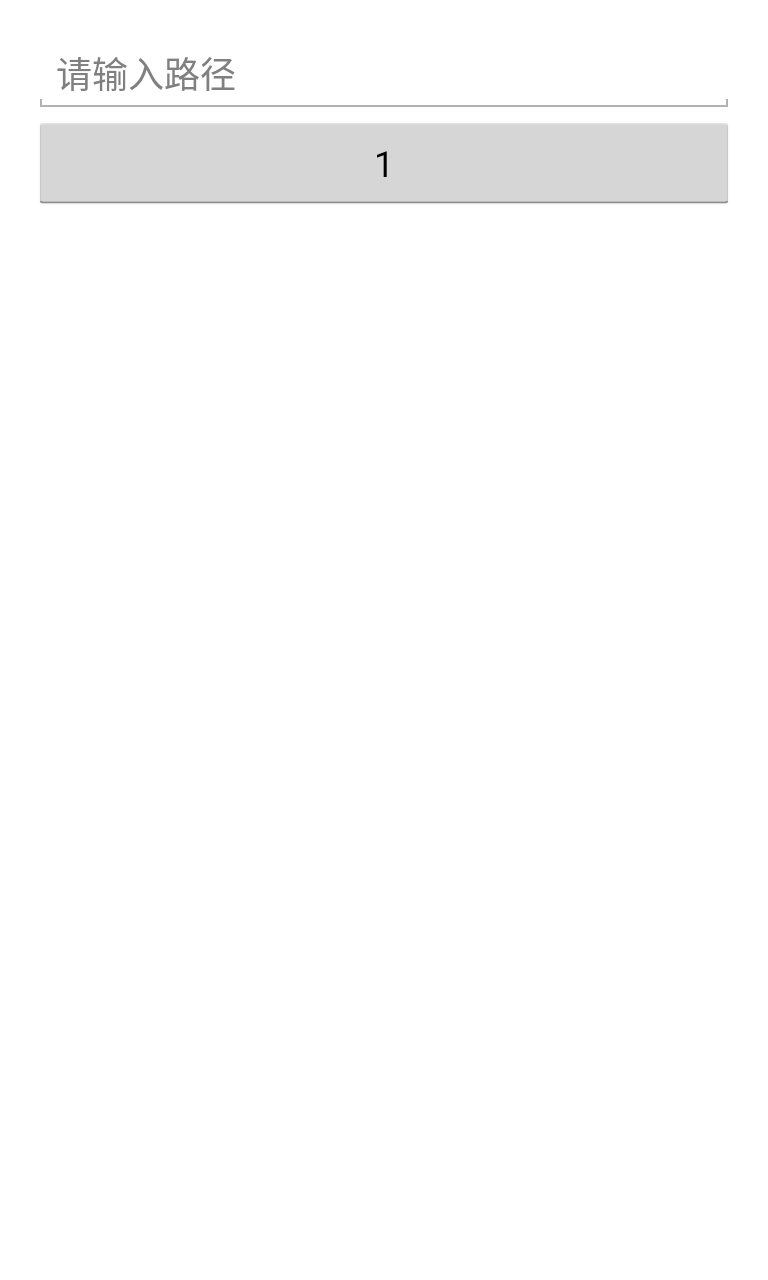
Repository: DongHuaLu/android
Layout: 17HtmlViewer/res/layout/activity_main.xml
An editor plug-in stored every save of this project. The layout is shown before and after the next save, followed by the edit.
It is drawn on a 768 x 1280 px phone screen (xhdpi) without system bars, with theme AppTheme; the app's code is not run.

Above is the layout before, as saved 2013-08-26 02:39:36.

After the next save:
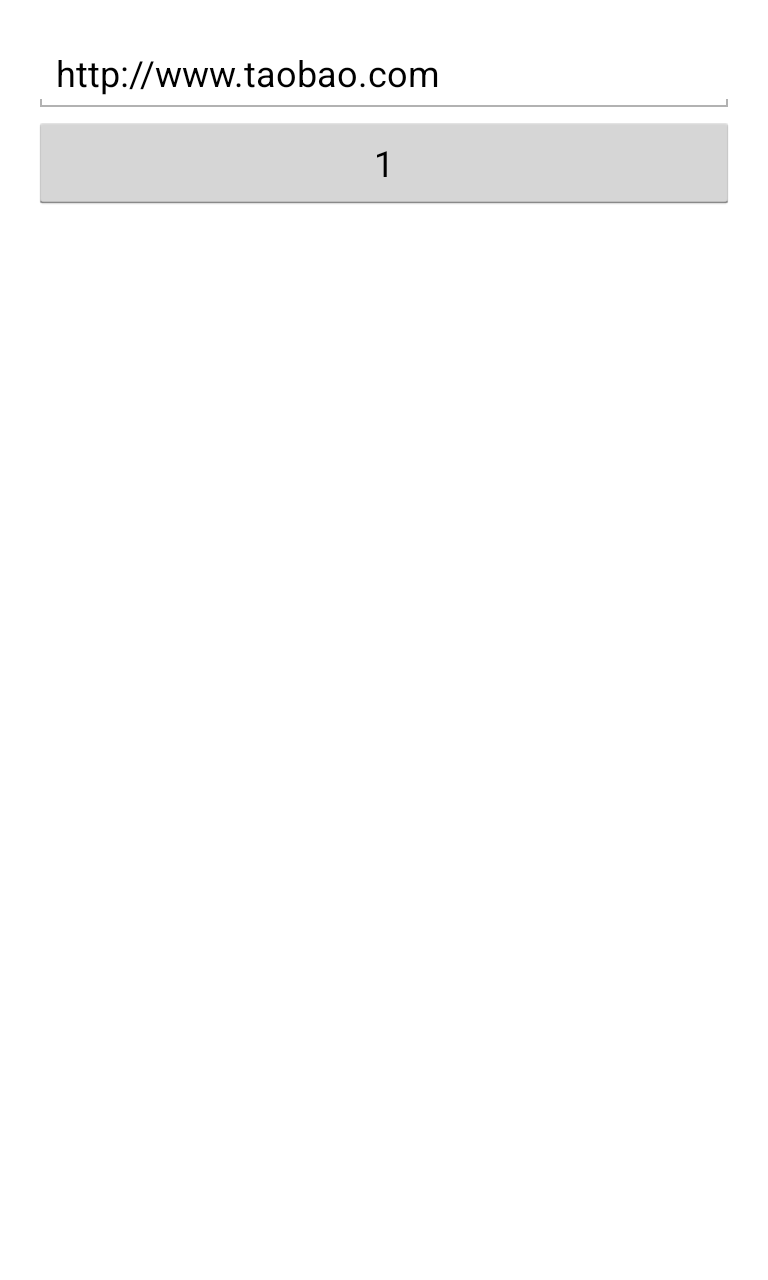
Saved 29 s later.
--- a/17HtmlViewer/res/layout/activity_main.xml
+++ b/17HtmlViewer/res/layout/activity_main.xml
@@ -13,6 +13,7 @@
         android:id="@+id/et"
         android:layout_width="fill_parent"
         android:layout_height="wrap_content"
+        android:text="http://www.taobao.com"
         android:hint="请输入路径" />
 
     <Button
